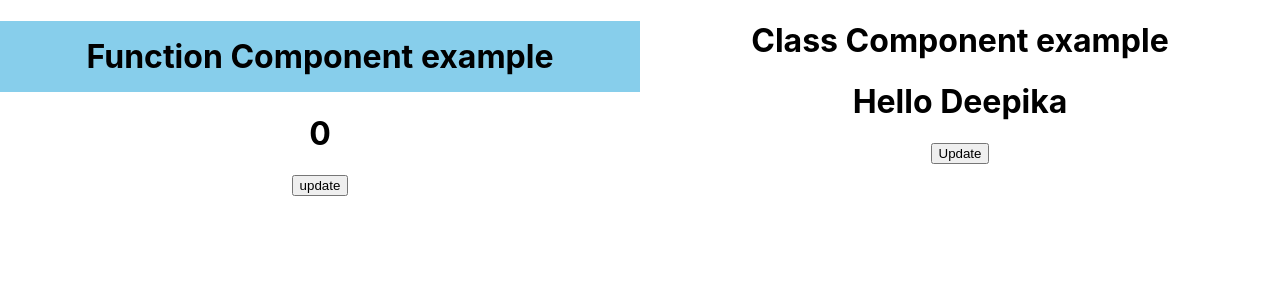
Repository: DeepikaSuretek/React
Page: / (app in practice-app/)
An editor plug-in stored every save of this project. The page is shown before and after the next save, followed by the edit.
The browser window is 1280 px wide. The pictures show the whole page.
The project was rebuilt for these pictures with package versions that can differ from the ones it lists, and the page was loaded fresh each time.

Above is the page before, as saved 2024-07-08 19:51:35.

### practice-app/src/App.js
import './App.css';
import User from './class-component/class';
import Fun from './functional-component/function'

function App() {
  return (
    <div className="App" style={{display: "inline-flex",
      width: "100%"}}>
      <div style={{width:"50%"}}>
        <h1 style={{"background-color": "skyblue","padding": "16px"}}>Function Component example</h1>
        <Fun name="Deepika" />
      </div>
      <div style={{width:"50%"}}>
        <h1>Class Component example</h1>
        <User></User>
        </div>

    </div>
  );
}

export default App;

### practice-app/src/App.css
.App {
  text-align: center;
}

.App-logo {
  height: 40vmin;
  pointer-events: none;
}

@media (prefers-reduced-motion: no-preference) {
  .App-logo {
    animation: App-logo-spin infinite 20s linear;
  }
}

.App-header {
  background-color: #282c34;
  min-height: 100vh;
  display: flex;
  flex-direction: column;
  align-items: center;
  justify-content: center;
  font-size: calc(10px + 2vmin);
  color: white;
}

.App-link {
  color: #61dafb;
}

@keyframes App-logo-spin {
  from {
    transform: rotate(0deg);
  }
  to {
    transform: rotate(360deg);
  }
}

.loader{
  height: 100px;
  width: 100px;
  border: 8px solid;
  border-color: black black black red;
  border-radius: 50%;
  animation: App-logo-spin 2s linear infinite;
}

### practice-app/src/class-component/class.js
import { Component } from "react"

class User extends Component{
    constructor(){
        super();
        this.state = {
            data:'Deepika'
        }
    }

    changeData(){
        this.setState({data:"changes"});
    }
    render(){
        return(
           <div><h1>Hello {this.state.data}</h1>
           <button onClick={()=>this.changeData()}>Update</button>
           </div>

        )
    }
}

export default User;

### practice-app/src/functional-component/function.js
import { useState } from "react";

function Fun() {
    const [count,setCount] = useState(0);
    function updateCount(){
       setCount(count+1);
    }
    return(
        <div>
            <h1>{count} </h1>
            <h2>{}</h2>
            <button onClick={updateCount}>update</button>
        </div>

    )
}

export default Fun;

Loaded but not shown: practice-app/public/index.html (common file); practice-app/src/index.js (common file); practice-app/src/index.css (common file); practice-app/src/reportWebVitals.js (common file)

After the next save:
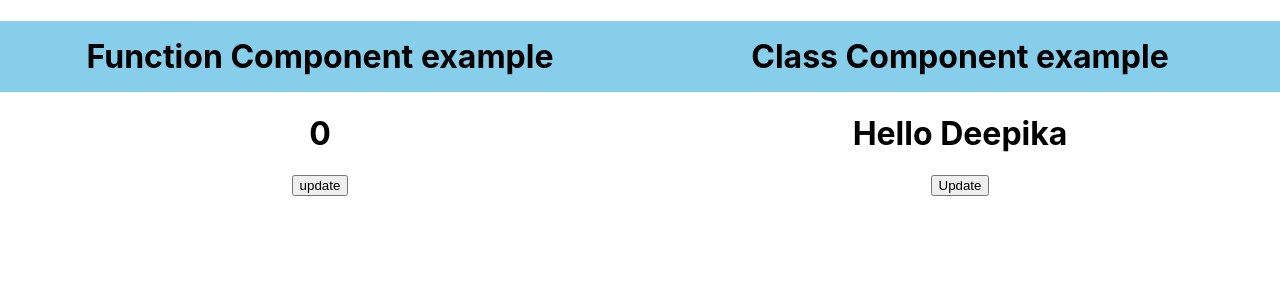
Saved 11 s later.
--- a/practice-app/src/App.js
+++ b/practice-app/src/App.js
@@ -11,7 +11,7 @@ function App() {
         <Fun name="Deepika" />
       </div>
       <div style={{width:"50%"}}>
-        <h1>Class Component example</h1>
+        <h1 style={{"background-color": "skyblue","padding": "16px"}}>Class Component example</h1>
         <User></User>
         </div>
 
